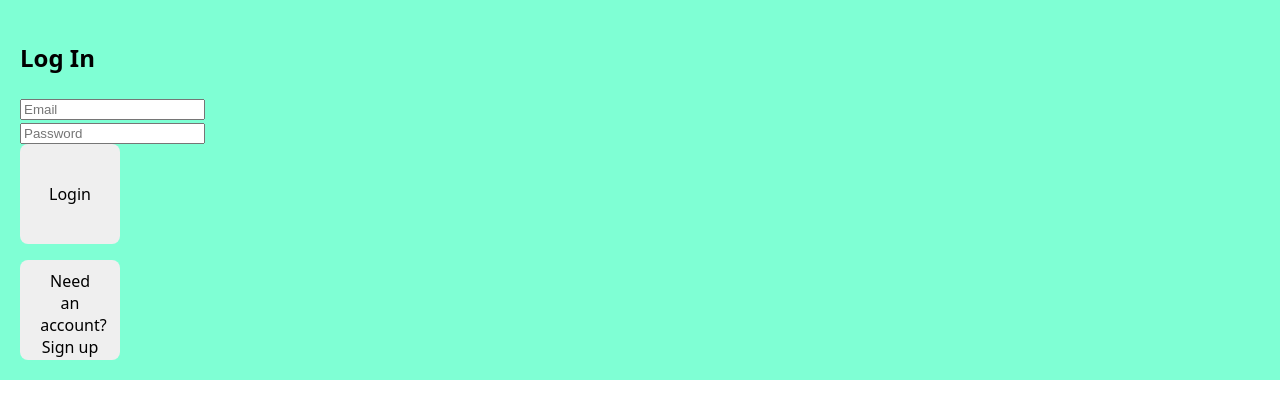
Repository: rosieomusic/chore-app
Page: /
The author's editor kept a copy of each file at every save. The page is drawn from the files as they stood at one save, then again after the next save.
The browser window is 1280 px wide. The pictures show the whole page.
The project was rebuilt for these pictures with package versions that can differ from the ones it lists, and the page was loaded fresh each time. Also part of the build but not shown: vite.config.js, src/components/ChoreListComponent.jsx.

Above is the page before, as saved 2025-06-08 16:17:27.

After the next save:
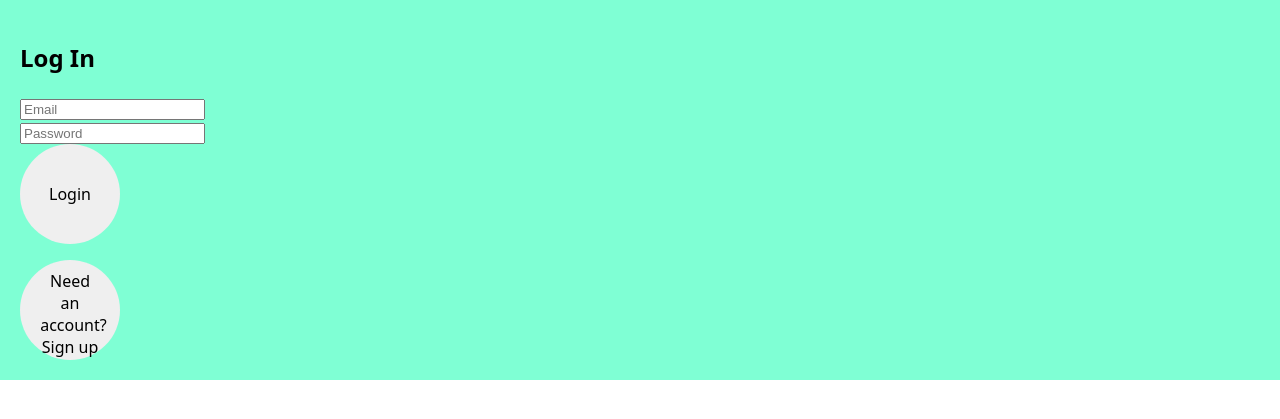
Saved 12 s later.
--- a/src/App.css
+++ b/src/App.css
@@ -12,6 +12,7 @@
 button {
 	width: 100px;
 	height: 100px;
+	border-radius: 50%;
 }
 
 @font-face {
